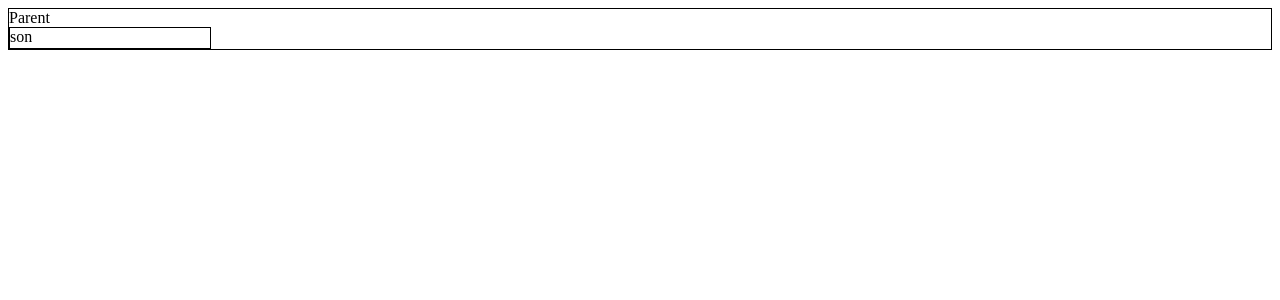
Repository: Jhin7782/HBuilder-Projects
Page: _lib/frame/移动端适配/px-em-rem.html
These files come from the project's save history. The page is drawn as it stood at one moment and after the next save; the edit follows.
The browser window is 1280 px wide. The pictures show the whole page.

Above is the page before, as saved 2017-06-03 08:36:28.

After the next save:
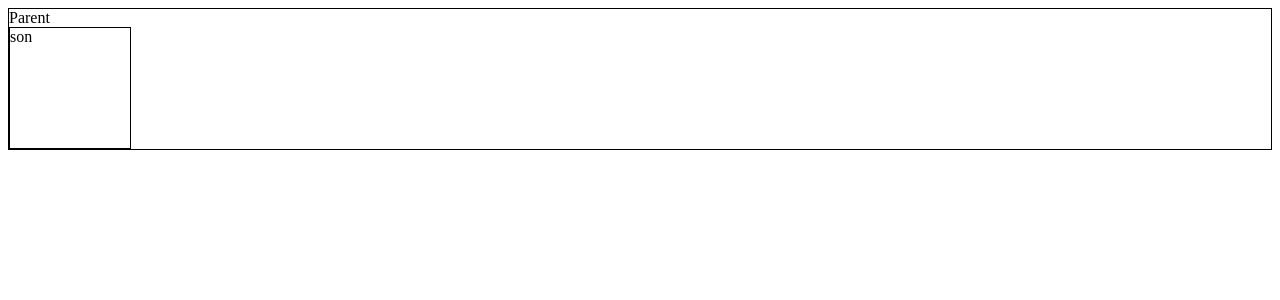
Saved 8 s later.
--- a/_lib/frame/移动端适配/px-em-rem.html
+++ b/_lib/frame/移动端适配/px-em-rem.html
@@ -12,8 +12,8 @@
 
 			}
 			#son {
-				width: 200px;
-				height: 20px;
+				width: 120px;
+				height: 120px;
 			}
 		</style>
 	</head>
